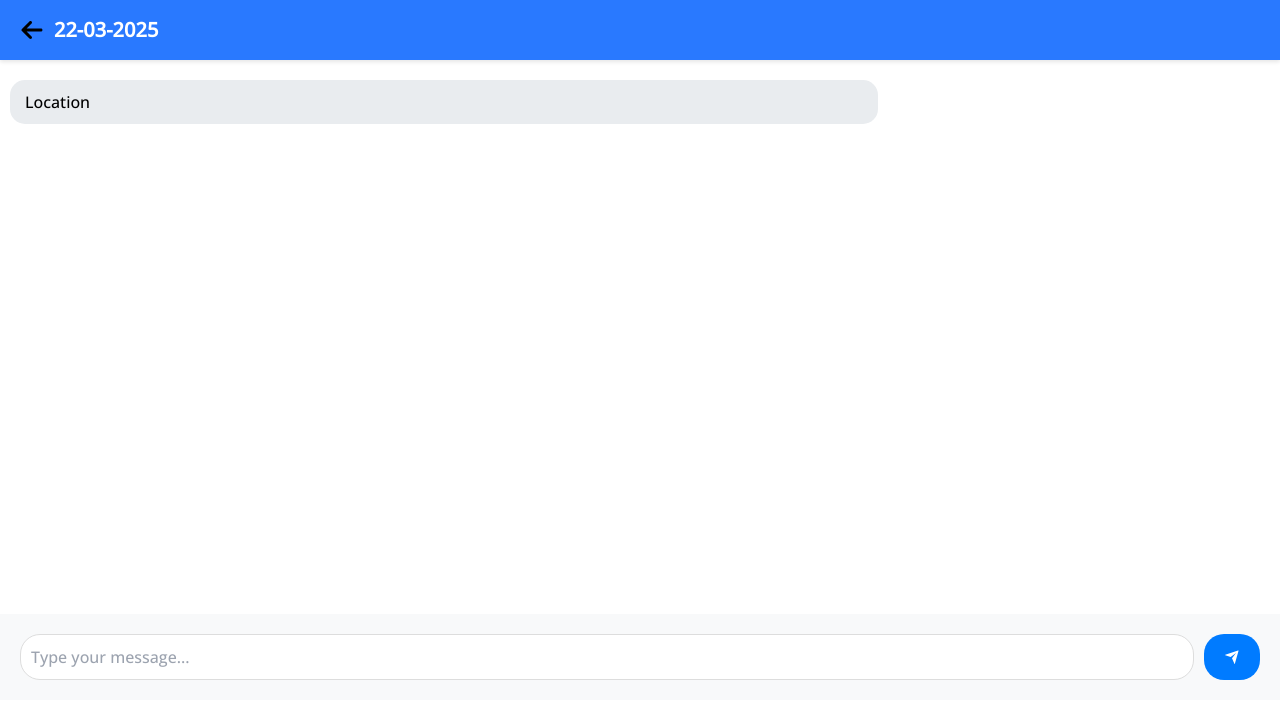
Repository: shash0708/GMR-Lines
Page: /bot (app in frontend/)
These files come from the project's save history. The page is drawn as it stood at one moment and after the next save; the edit follows.
The browser window is 1280 px wide. The pictures show the whole page.
The page's requests for data from a server got no answer. Some web libraries are served in a nearby version. The project was rebuilt for these pictures with package versions that can differ from the ones it lists, and the page was loaded fresh each time. No one was signed in, and anything a server would have sent is missing. Also part of the build but not shown: frontend/src/components/Footer/Footer.css, frontend/src/components/Footer/Footer.component.jsx, frontend/src/components/Form/Form.component.jsx, frontend/src/components/Profile/Profile.jsx, frontend/src/components/Card/Card.jsx, frontend/src/components/Card/Card.component.jsx, frontend/src/components/Data/DataCard.jsx, frontend/src/components/speedDail/SpeedDail.component.jsx and 8 more.

Above is the page before, as saved 2025-03-22 14:51:22.

After the next save:
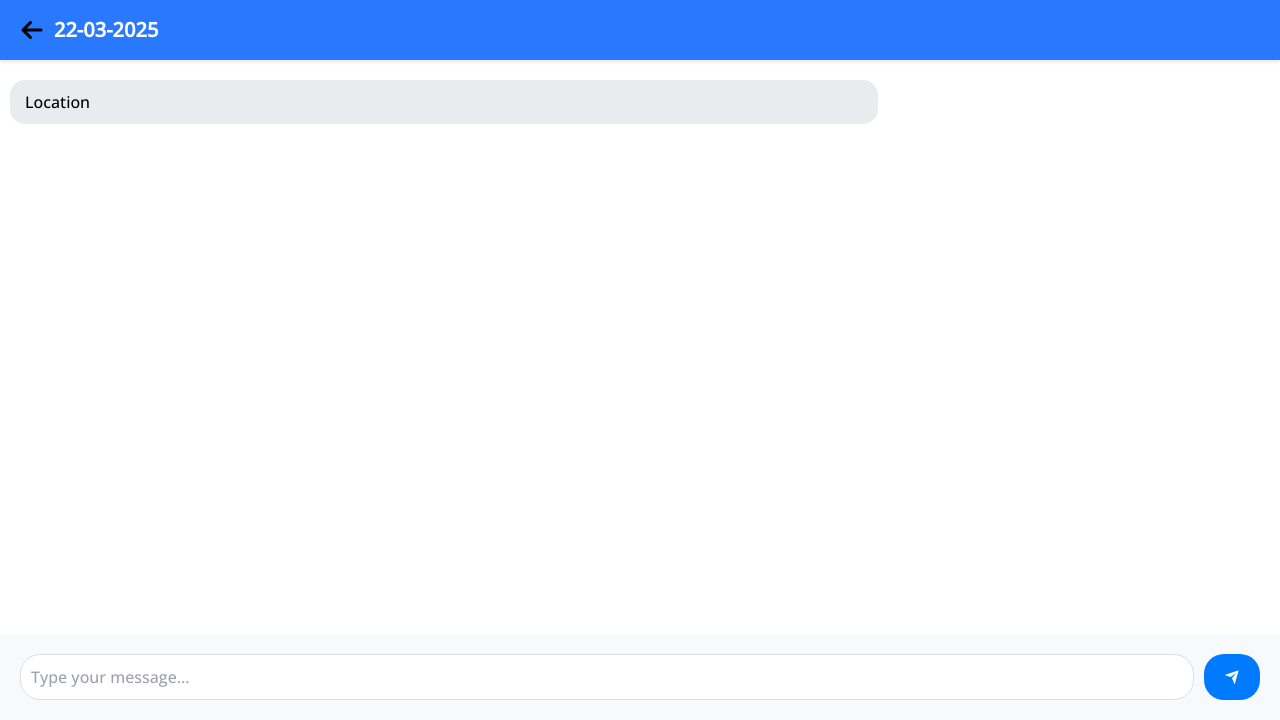
Saved 6 s later.
--- a/frontend/src/components/bot/chatwindow.css
+++ b/frontend/src/components/bot/chatwindow.css
@@ -78,7 +78,7 @@
     padding: 20px;
     background-color: #f8f9fa;
     gap: 10px;
-    margin-bottom: -50px;
+    margin-bottom: -70px;
   }
 
   .input-container input {
